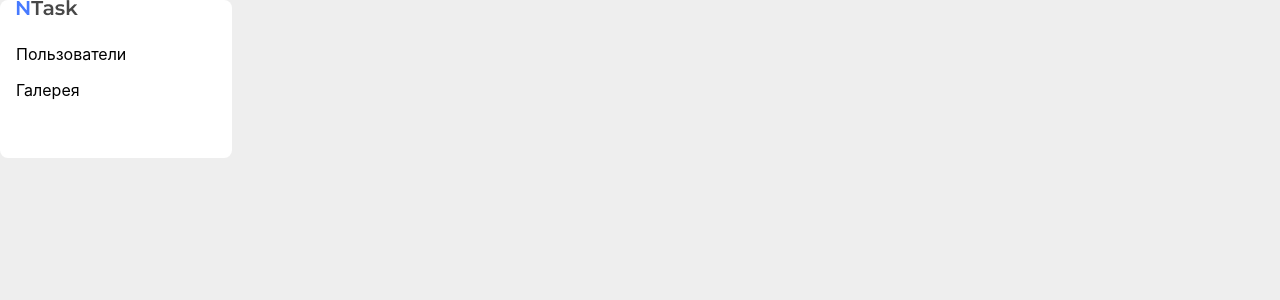
Repository: Grid-Master/NTask
Page: /
These files come from the project's save history. The page is drawn as it stood at one moment and after the next save; the edit follows.
The browser window is 1280 px wide. The pictures show the whole page.
The project was rebuilt for these pictures with package versions that can differ from the ones it lists, and the page was loaded fresh each time.

Above is the page before, as saved 2023-06-02 15:25:12.

After the next save:
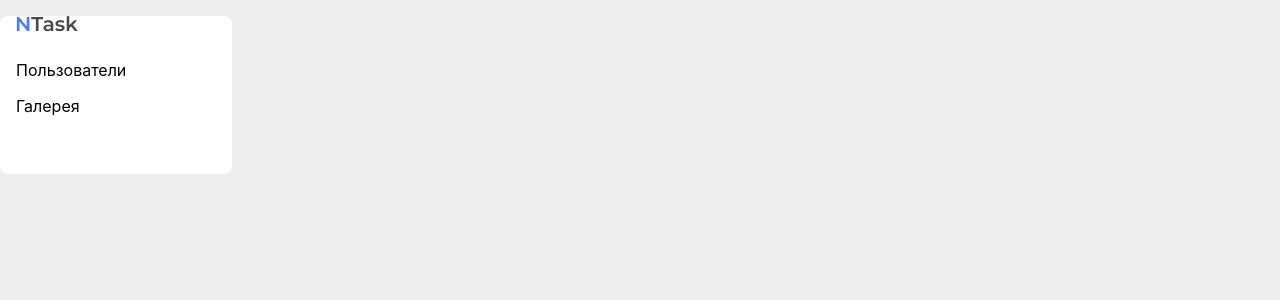
Saved 28 s later.
--- a/src/components/navabar/navbar.sass
+++ b/src/components/navabar/navbar.sass
@@ -5,6 +5,6 @@
     border-radius: 8px
     padding: 0 16px
     &__imagecontainer
-        margin-bottom: 16px
+        margin: 16px 0
     &__item
         padding: 8px 0
